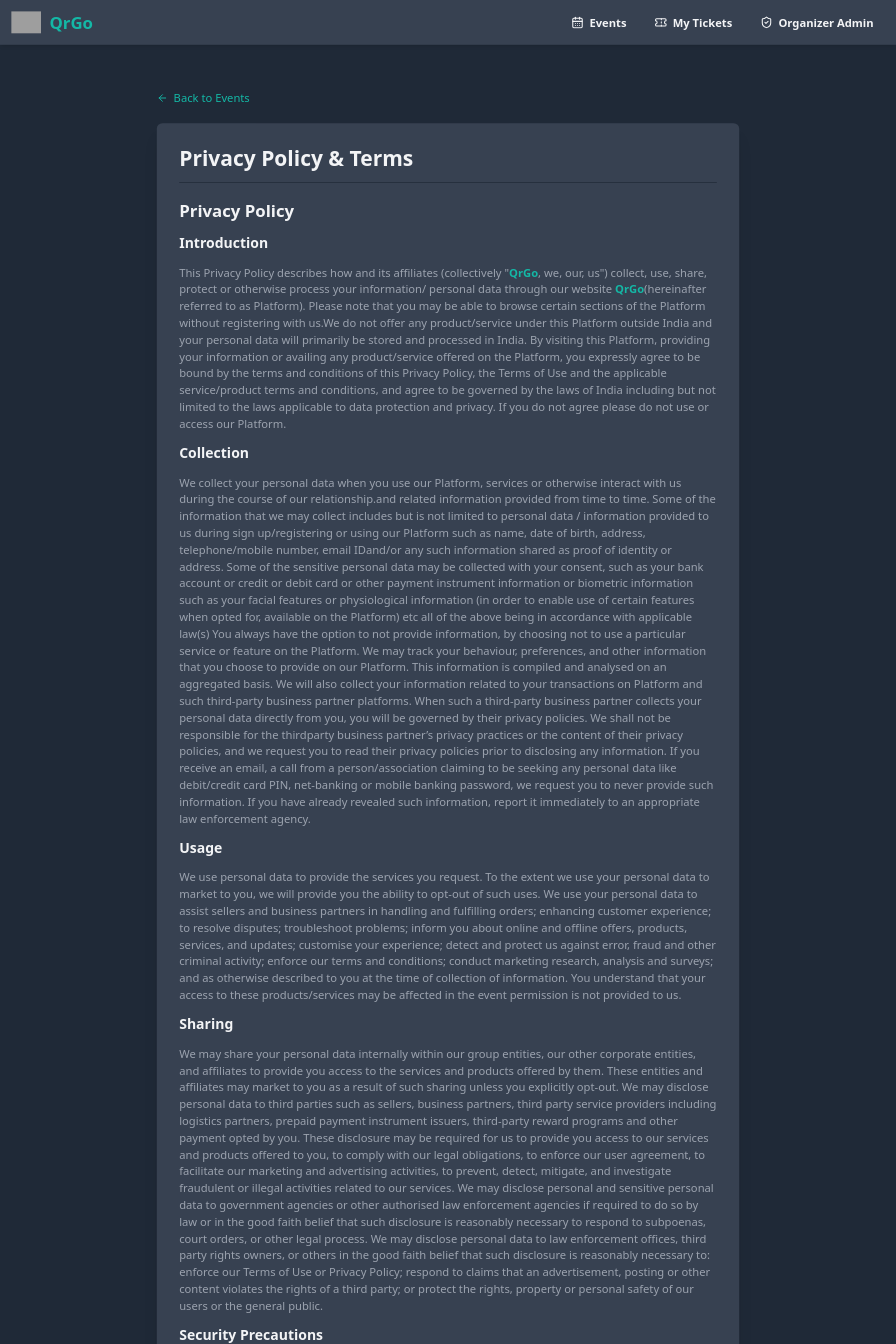
Repository: Dhakshin2007/QrGo
Page: /#/privacy-policy
An editor plug-in stored every save of this project. The page is shown before and after a run of saves, followed by the edit.
The browser window is 1280 px wide. The pictures show the part of the page from y = 0 to 1920 px (the page is 5877 px tall before and 5941 px after), at 70% of full size.
Pictures or frames that could not be fetched are drawn as grey boxes. Some web libraries are served in a nearby version. The project was rebuilt for these pictures with package versions that can differ from the ones it lists, and the page was loaded fresh each time. Also part of the build but not shown: vite.config.ts, components/EventCard.tsx, pages/HomePage.tsx, pages/BookingPage.tsx, components/TicketCard.tsx, pages/MyTicketsPage.tsx, services/aiService.ts, pages/AdminPage.tsx.

Above is the page before, as saved 2025-08-10 13:10:14.

After the next 5 saves:
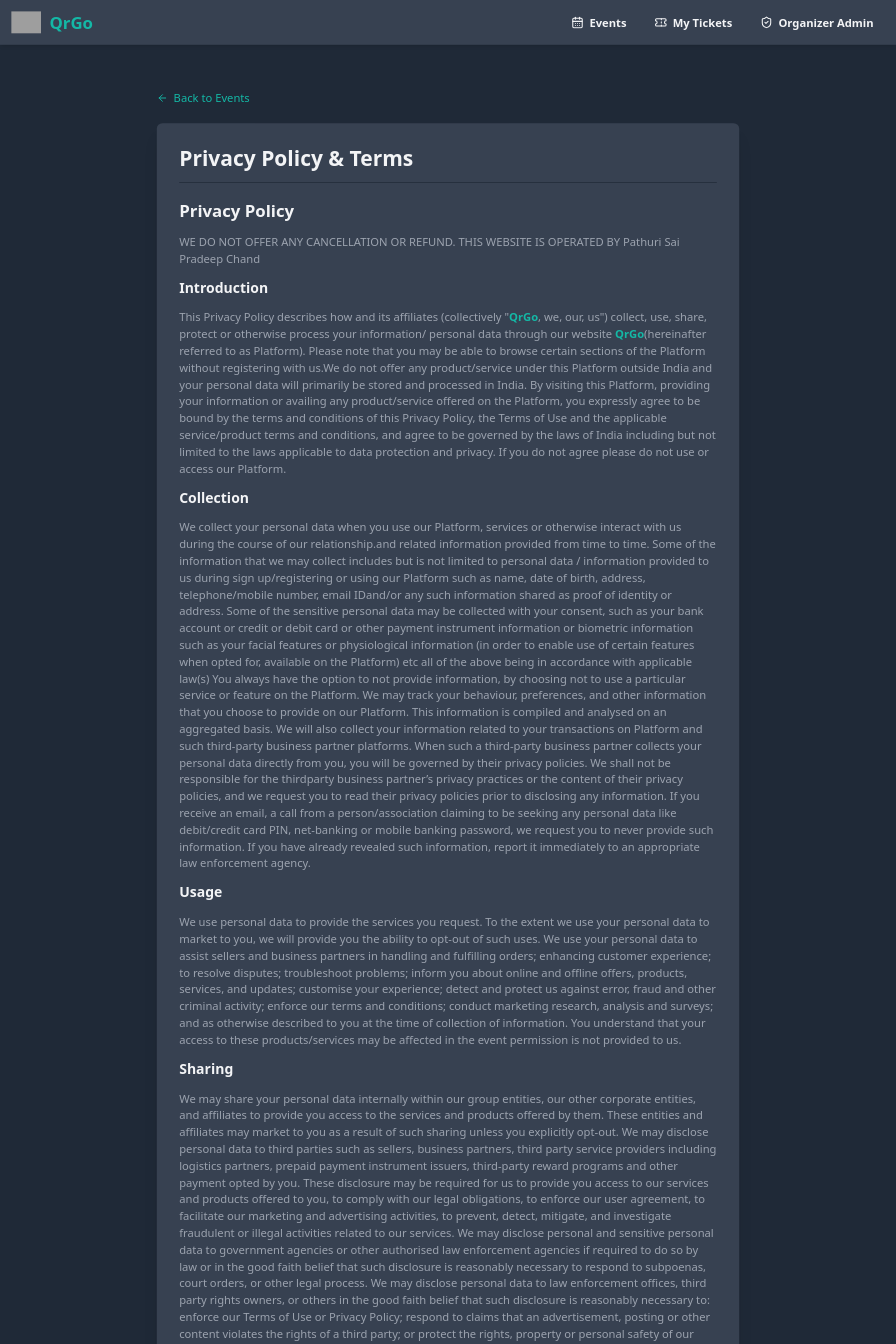
The 5 saves are shown as one change because they came seconds apart.
The last was saved 12 s later.
--- a/pages/PrivacyPolicyPage.tsx
+++ b/pages/PrivacyPolicyPage.tsx
@@ -22,7 +22,7 @@ const PrivacyPolicyPage: React.FC = () => {
 
             <section className="space-y-4">
                 <h2 className="text-2xl font-bold text-on-surface">Privacy Policy</h2>
-                <p></p>
+                <p>WE DO NOT OFFER ANY CANCELLATION OR REFUND. THIS WEBSITE IS OPERATED BY Pathuri Sai Pradeep Chand<b></b></p>
 
                 <h3 className="text-xl font-semibold text-on-surface">Introduction</h3>
                 <p>This Privacy Policy describes how and its affiliates (collectively "<QrGoLink />, we, our, us") collect, use, share, protect or otherwise process your information/ personal data through our website <QrGoLink />(hereinafter referred to as Platform). Please note that you may be able to browse certain sections of the Platform without registering with us.We do not offer any product/service under this Platform outside India and your personal data will primarily be stored and processed in India. By visiting this Platform, providing your information or availing any product/service offered on the Platform, you expressly agree to be bound by the terms and conditions of this Privacy Policy, the Terms of Use and the applicable service/product terms and conditions, and agree to be governed by the laws of India including but not limited to the laws applicable to data protection and privacy. If you do not agree please do not use or access our Platform.</p>
